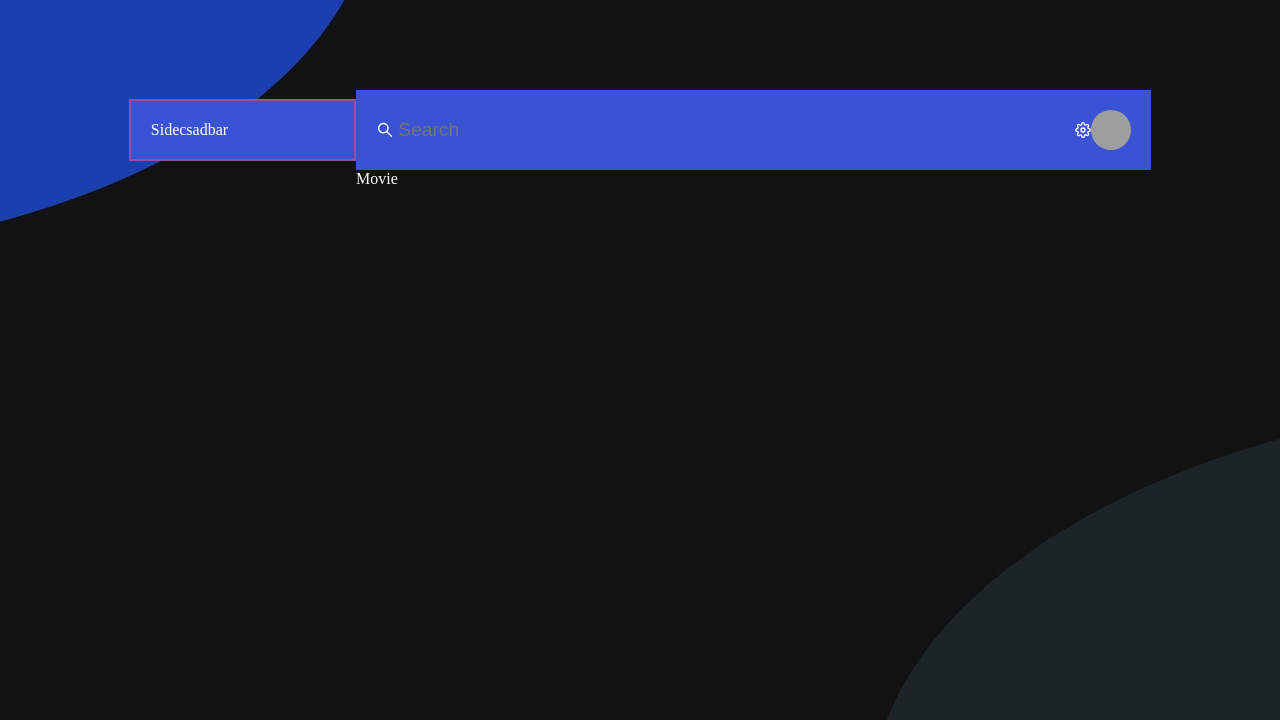
Repository: DevLaukey/movie-task
Page: /
The author's editor kept a copy of each file at every save. The page is drawn from the files as they stood at one save, then again after the next save.
The browser window is 1280 px wide. The pictures show the whole page.
Pictures or frames that could not be fetched are drawn as grey boxes. The project was rebuilt for these pictures with package versions that can differ from the ones it lists, and the page was loaded fresh each time. Also part of the build but not shown: src/components/Body/Movies.css.

Above is the page before, as saved 2022-06-15 13:29:31.

### src/App.js
import "./App.css"
import Body from "./components/Body/Body";
import Sidebar from "./components/Sidebar/Sidebar";

function App() {
  return (
    <main className="App">
      <div className="App__container">
        <Sidebar />
        <Body />
      </div>
    </main>
  );
}

export default App;

### src/index.css
*{
    padding: 0;
    margin: 0;
    box-sizing: border-box;

}

### src/features/counter/counterSlice.js
import { createAsyncThunk, createSlice } from '@reduxjs/toolkit';
import { fetchCount } from './counterAPI';

const initialState = {
  value: 0,
  status: 'idle',
};

// The function below is called a thunk and allows us to perform async logic. It
// can be dispatched like a regular action: `dispatch(incrementAsync(10))`. This
// will call the thunk with the `dispatch` function as the first argument. Async
// code can then be executed and other actions can be dispatched. Thunks are
// typically used to make async requests.
export const incrementAsync = createAsyncThunk(
  'counter/fetchCount',
  async (amount) => {
    const response = await fetchCount(amount);
    // The value we return becomes the `fulfilled` action payload
    return response.data;
  }
);

export const counterSlice = createSlice({
  name: 'counter',
  initialState,
  // The `reducers` field lets us define reducers and generate associated actions
  reducers: {
    increment: (state) => {
      // Redux Toolkit allows us to write "mutating" logic in reducers. It
      // doesn't actually mutate the state because it uses the Immer library,
      // which detects changes to a "draft state" and produces a brand new
      // immutable state based off those changes
      state.value += 1;
    },
    decrement: (state) => {
      state.value -= 1;
    },
    // Use the PayloadAction type to declare the contents of `action.payload`
    incrementByAmount: (state, action) => {
      state.value += action.payload;
    },
  },
  // The `extraReducers` field lets the slice handle actions defined elsewhere,
  // including actions generated by createAsyncThunk or in other slices.
  extraReducers: (builder) => {
    builder
      .addCase(incrementAsync.pending, (state) => {
        state.status = 'loading';
      })
      .addCase(incrementAsync.fulfilled, (state, action) => {
        state.status = 'idle';
        state.value += action.payload;
      });
  },
});

export const { increment, decrement, incrementByAmount } = counterSlice.actions;

// The function below is called a selector and allows us to select a value from
// the state. Selectors can also be defined inline where they're used instead of
// in the slice file. For example: `useSelector((state: RootState) => state.counter.value)`
export const selectCount = (state) => state.counter.value;

// We can also write thunks by hand, which may contain both sync and async logic.
// Here's an example of conditionally dispatching actions based on current state.
export const incrementIfOdd = (amount) => (dispatch, getState) => {
  const currentValue = selectCount(getState());
  if (currentValue % 2 === 1) {
    dispatch(incrementByAmount(amount));
  }
};

export default counterSlice.reducer;

### src/App.css
.App{
    background-image: url(../public/back.jpg);
    width: 100vw;
    height: 100vh;
    background-size: cover;
    background-repeat: no-repeat;
    color: #fff;
}
.App__container{
    position: absolute;
    display: flex;
    align-items: center;
    justify-content: center;
    padding: 10vh;
    width: 100%;
}

### src/components/Body/Body.js
import React from "react";
import "./Body.css";
import Movies from "./Movies";
import Nav from "./Nav/Nav";
function Body() {
  return (
    <div className="body">
      <Nav />
      <Movies />
    </div>
  );
}

export default Body;

### src/components/Sidebar/Sidebar.js
import React from 'react'
import "./Sidebar.css"
function Sidebar() {
  return (
    <div className="sidebar">Sidecsadbar</div>
  )
}

export default Sidebar

### src/components/Body/Body.css
.body{
    width: 70%;
}

### src/components/Body/Movies.js
import React from 'react'
import Movie from './Movie'
import "./Movies.css"
function Movies() {
  return (
      <div>
          <Movie />
    </div>
  )
}

export default Movies

### src/components/Body/Nav/Nav.js
import React from 'react'
import "./Nav.css"
import { AiOutlineSearch} from "react-icons/ai";
import { FiSettings } from "react-icons/fi";

function Nav() {
  return (
    <div className="nav">
      <div className="nav__search">
        <AiOutlineSearch style={{ color: "white", fontSize: "20" }} />
        <input
          className="nav__search__input"
          type="text"
          placeholder="Search"
        />
      </div>
      <div className="nav__icons">
        <FiSettings />
        <img
          src={`https://dt2sdf0db8zob.cloudfront.net/wp-content/uploads/2019/12/9-Best-Online-Avatars-and-How-to-Make-Your-Own-for-Free-image1-5.png`}
          alt=""
          className="nav__avatar"
        />
      </div>
    </div>
  );
}

export default Nav

### src/components/Sidebar/Sidebar.css
.sidebar{
    display:flex;
    width:20%;
    justify-content: space-between;
    align-items: center;
    padding: 20px 20px;
    background-color: #3a53d4;
    border: 2px solid rgba(158, 80, 158, 0.933);
}

### src/components/Body/Movie.js
import React from 'react'
import "./Movies.css"
function Movie() {
  return (
    <div>Movie</div>
  )
}

export default Movie

### src/components/Body/Nav/Nav.css
.nav {
  width: 100%;
  display: flex;
  justify-content: space-between;
  margin-top: 18px;
  align-items: center;
  padding: 20px 20px;
  background-color: #3a53d4;
}
.nav__search {
  display: flex;
  align-items: center;
}
.nav__search__input {
  width: 100%;
  border: none;
  background-color: #3a53d4;
  color: #fff;
  margin-left: 4px;
  font-size: 1.2em;
}

.nav__search__input:focus {
  outline: none;
}
.nav__icons{
    display: flex;
    align-items: center;
}
.nav__avatar{
  vertical-align: middle;
  width: 40px;
  height: 40px;
  border-radius: 50%
}

Loaded but not shown: public/index.html (common file); src/index.js (common file); src/app/store.js (common file); src/reportWebVitals.js (common file); src/features/counter/counterAPI.js (common file)

After the next save:
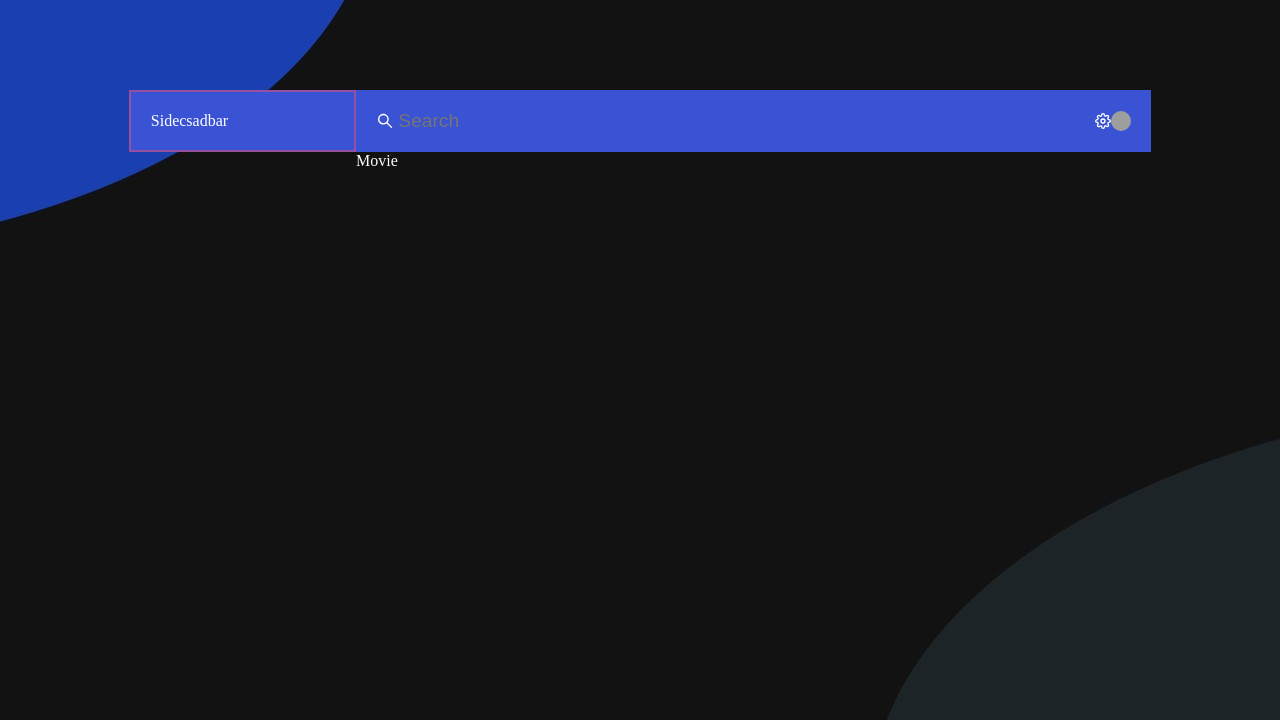
Saved 11 s later.
--- a/src/components/Body/Nav/Nav.css
+++ b/src/components/Body/Nav/Nav.css
@@ -29,7 +29,7 @@
 }
 .nav__avatar{
   vertical-align: middle;
-  width: 40px;
-  height: 40px;
+  width: 20px;
+  height: 20px;
   border-radius: 50%
 }
